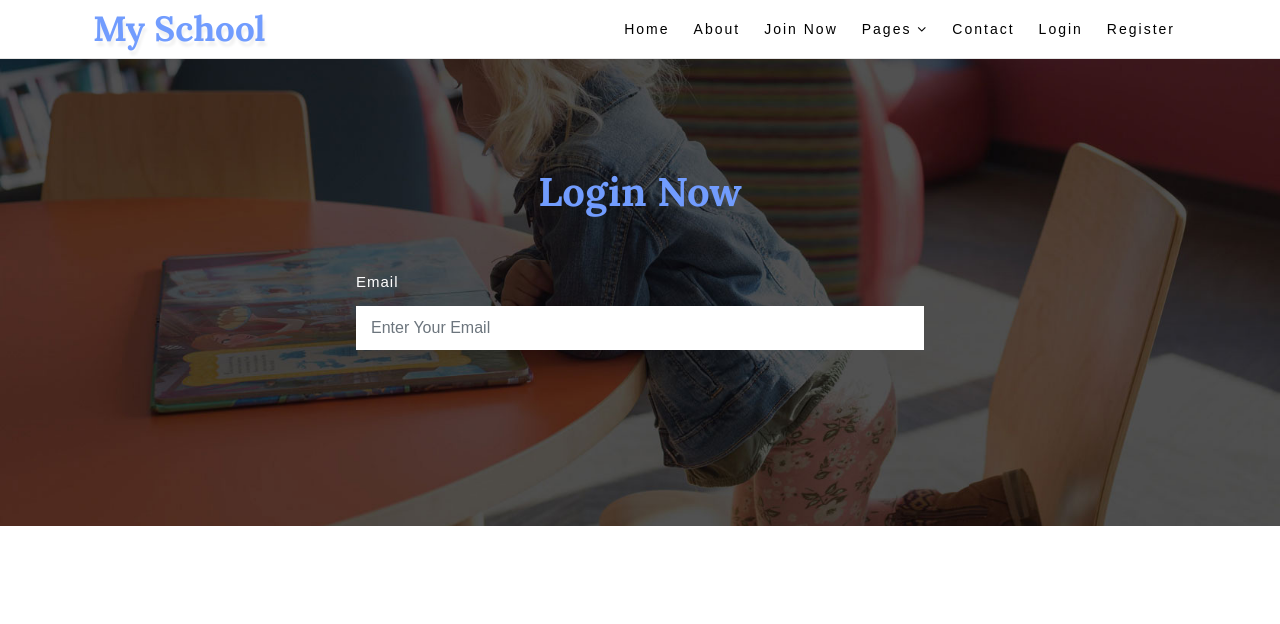
Repository: Gaurangdalvadi6/Web_Technologies_in_JAVA
Page: http://localhost/advance_java_assignment/forget-password.jsp
An editor plug-in stored every save of this project. The page is shown before and after the next save, followed by the edit.
The browser window is 1280 px wide. The pictures show the whole page.
Some web fonts or font styles are not loaded; a fallback is used. The page is served by Tomcat 9.

Above is the page before, as saved 2023-04-27 17:07:04.

After the next save:
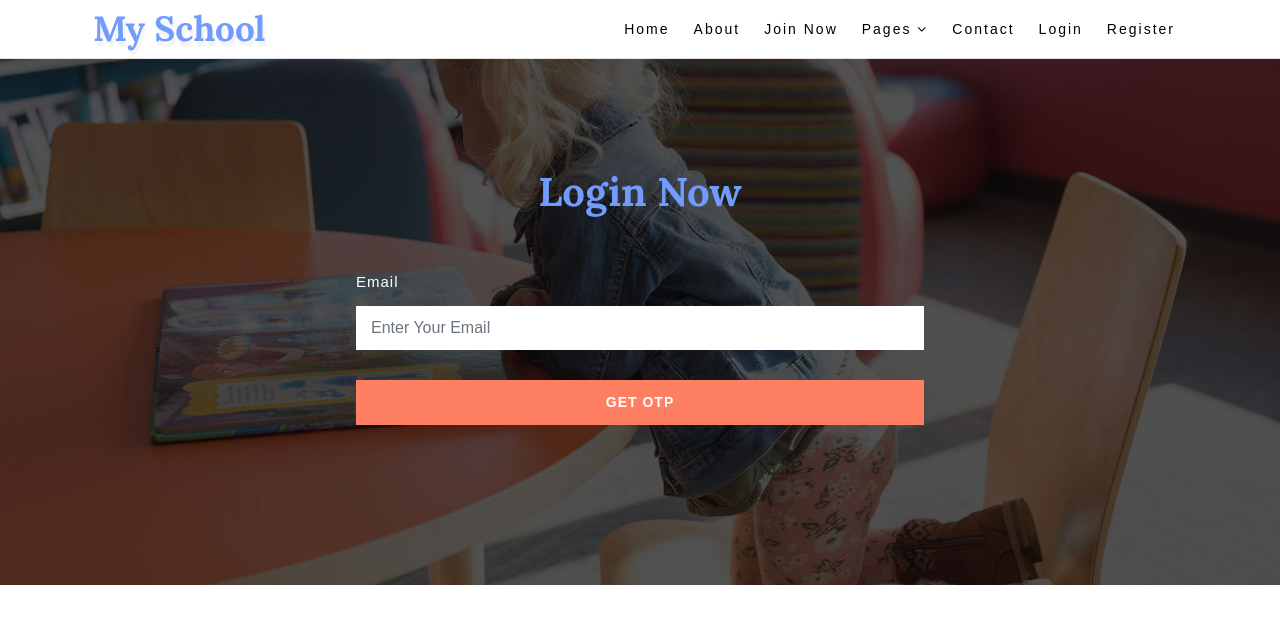
Saved 118 s later.
--- a/advance_java_assignment/src/main/webapp/forget-password.jsp
+++ b/advance_java_assignment/src/main/webapp/forget-password.jsp
@@ -100,6 +100,7 @@ License URL: http://creativecommons.org/licenses/by/3.0/
                         <label class="col-form-label">Email</label>
                         <input type="email" class="form-control" placeholder="Enter Your Email" name="email" required="">
                     </div>
+                    <button type="submit" class="btn button-style-w3" value="GET OTP" name="action">GET OTP</button>
                     </form>
             </div>
             <!-- //login -->
